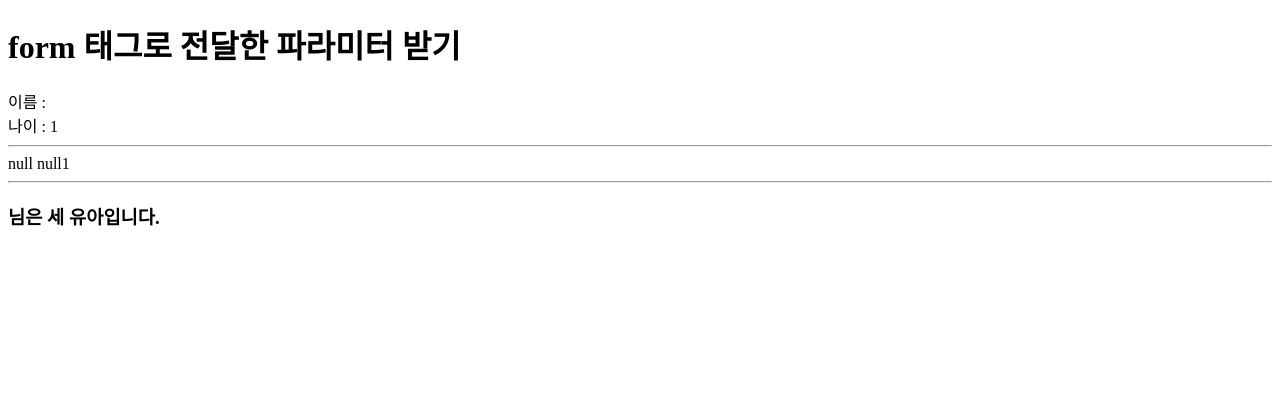
Repository: havanara/240411_JSTL_Project
Page: http://localhost/jstl_study/step-4.jsp
An editor plug-in stored every save of this project. The page is shown before and after the next save, followed by the edit.
The browser window is 1280 px wide. The pictures show the whole page.
The page is served by Tomcat 9.

Above is the page before, as saved 2024-04-11 03:44:36.

After the next save:
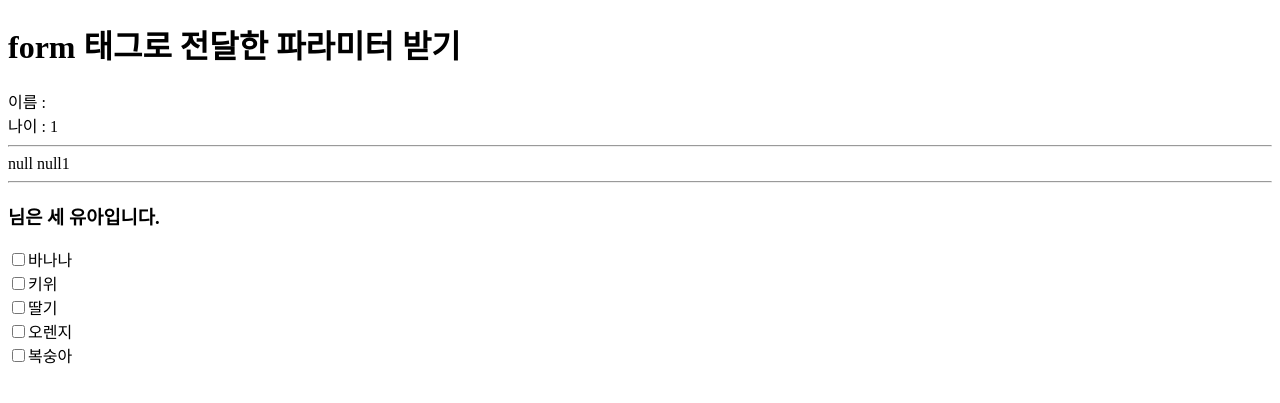
Saved 2 min 20 s later.
--- a/jstl_study/src/main/webapp/step-4.jsp
+++ b/jstl_study/src/main/webapp/step-4.jsp
@@ -47,5 +47,13 @@
 	</c:otherwise>
 </c:choose>
 
+<form action="step-5.jsp">
+	<input type="checkbox" name="food" value="바나나">바나나 <br>
+	<input type="checkbox" name="food" value="키위">키위 <br>
+	<input type="checkbox" name="food" value="딸기">딸기 <br>
+	<input type="checkbox" name="food" value="오렌지">오렌지 <br>
+	<input type="checkbox" name="food" value="복숭아">복숭아 <br>
+</form>
+
 </body>
 </html>
